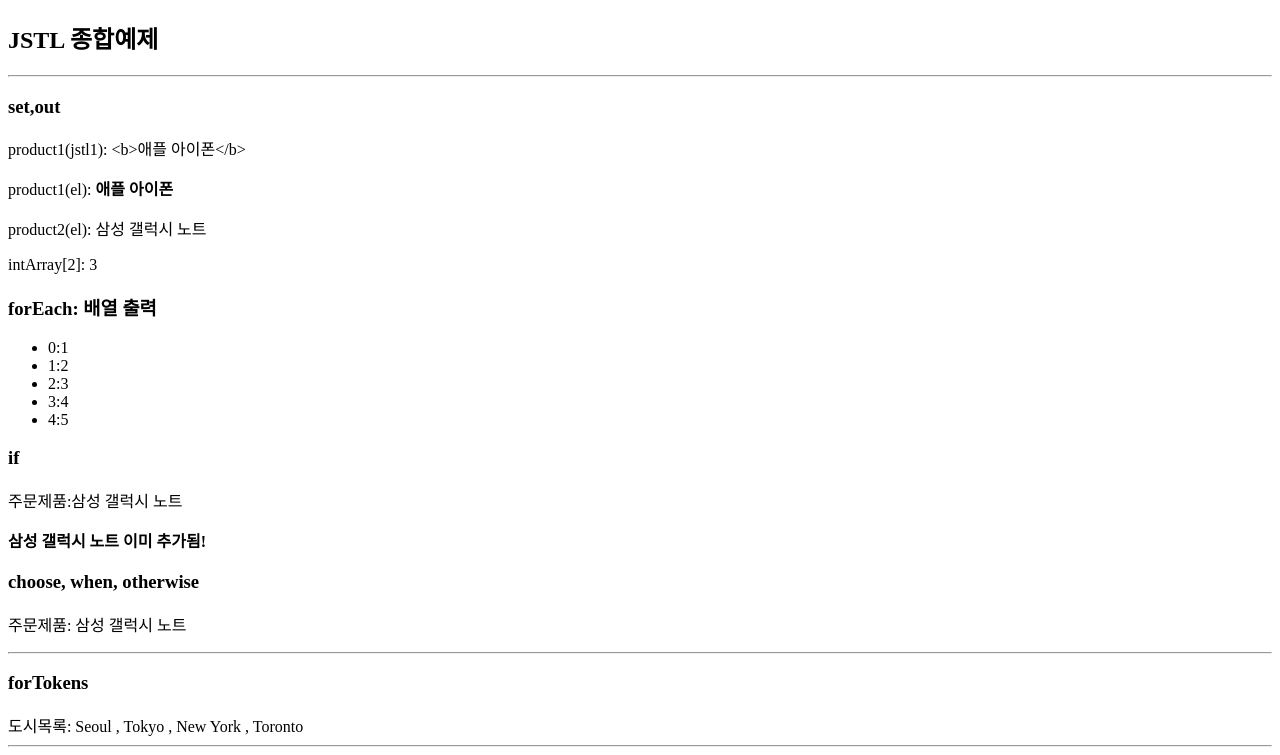
Repository: heezzanggg/JSPWebProgramming
Page: http://localhost/jwbook/ch07/jstlExam.jsp
The author's editor kept a copy of each file at every save. The page is drawn from the files as they stood at one save, then again after the next save.
The browser window is 1280 px wide. The pictures show the whole page.
The page is served by Tomcat 9. Other server files are loaded and not shown.

Above is the page before, as saved 2023-03-29 09:03:46.

### JSPWebProgramming/jwbook/src/main/webapp/ch07/jstlExam.jsp
<%@ page language="java" contentType="text/html; charset=UTF-8"
    pageEncoding="UTF-8"%>
<%@ taglib uri="http://java.sun.com/jsp/jstl/core" prefix="c" %>
<!DOCTYPE html>
<html>
<head>
<meta charset="UTF-8">
<title>JSTL 종합예제</title>
</head>
<body>
	<h2>JSTL 종합예제</h2>
	<hr>

	<!-- set,out -->
	<h3>set,out</h3>
	<c:set var="product1" value="<b>애플 아이폰</b>" />
	<c:set var="product2" value="삼성 갤럭시 노트"/>
	<c:set var="intArray" value="${[1,2,3,4,5]}"/>

	<p>
		product1(jstl1):
		<c:out value="${product1}" default="Not registered" escapeXml="true" />
	</p>
	<p>product1(el): ${product1}</p>
	<p>product2(el): ${product2}</p>
	<p>intArray[2]: ${intArray[2]}</p>

	<!-- forEach -->
	<h3>forEach: 배열 출력</h3>
	<ul>
		<c:forEach var="num" varStatus="i" items="${intArray}">
			<li>${i.index}:${num}</li>
		</c:forEach>
	</ul>

	<!-- if -->
	<h3>if</h3>
	<c:set var="checkout" value="true"/>
	<c:if test="${checkout}">
		<p>주문제품:${product2}</p>
	</c:if>
	<c:if test="${!checkout}">
		<p>주문제품이아님!!</p>
	</c:if>

	<c:if test="${!empty product2}">
		<p> <b>${product2} 이미 추가됨!</b></p>
	</c:if>

	<!-- choose,when,otherwise -->
	<h3>choose, when, otherwise</h3>
	<c:choose>
		<c:when test="${ checkout }">
			<p>주문제품: ${ product2 }</p>
		</c:when>
		<c:otherwise>
			<p>주문제품이 아님!</p>
		</c:otherwise>
	</c:choose>
	<hr>

	<!-- c:forTokens -->
	<h3>forTokens</h3>
	<c:forTokens var="city" items="Seoul|Tokyo|New York|Toronto" delims="|" varStatus="i">
		<c:if test="${i.first }">도시목록:</c:if>
		${city }
		<c:if test="${!i.last }">,</c:if>
	</c:forTokens>
	<hr>


</body>
</html>

After the next save:
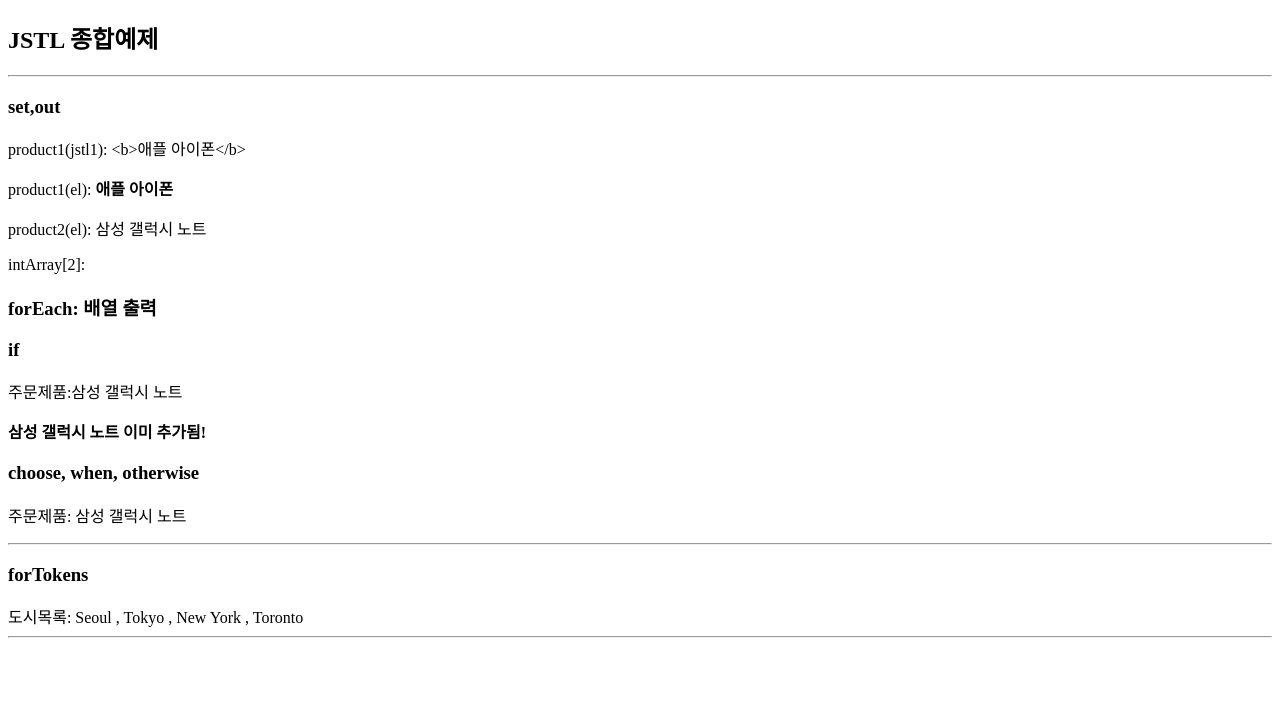
Saved 9 min 38 s later.
--- a/JSPWebProgramming/jwbook/src/main/webapp/ch07/jstlExam.jsp
+++ b/JSPWebProgramming/jwbook/src/main/webapp/ch07/jstlExam.jsp
@@ -15,8 +15,8 @@
 	<h3>set,out</h3>
 	<c:set var="product1" value="<b>애플 아이폰</b>" />
 	<c:set var="product2" value="삼성 갤럭시 노트"/>
-	<c:set var="intArray" value="${[1,2,3,4,5]}"/>
-
+<%-- 	<c:set var="intArray" value="${[1,2,3,4,5]}"/>
+ --%>
 	<p>
 		product1(jstl1):
 		<c:out value="${product1}" default="Not registered" escapeXml="true" />
